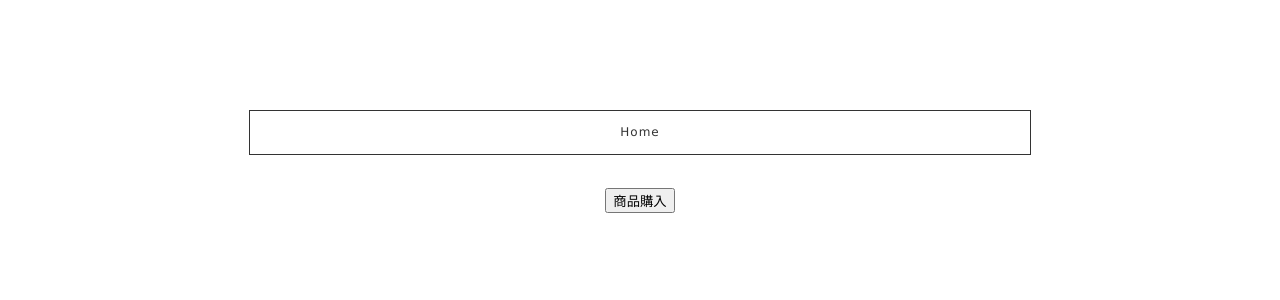
Repository: ryuhei0204/test
Page: http://localhost/template/
An editor plug-in stored every save of this project. The page is shown before and after the next save, followed by the edit.
The browser window is 1280 px wide. The pictures show the whole page.
The page is served by Tomcat 9.

Above is the page before, as saved 2019-05-15 04:14:34.

After the next save:
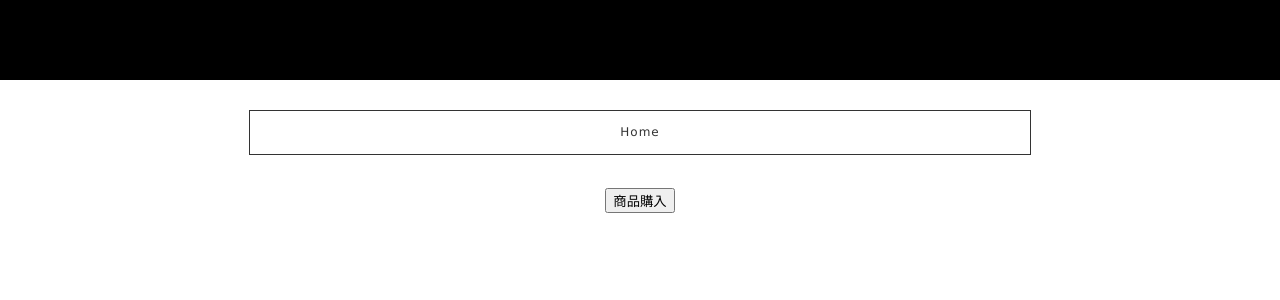
Saved 108 s later.
--- a/template/WebContent/home.jsp
+++ b/template/WebContent/home.jsp
@@ -40,7 +40,7 @@
    #header{
     width:100%;
     height:80px;
-    background-clor:black;
+    background-color:black;
    }
 
    #main{
